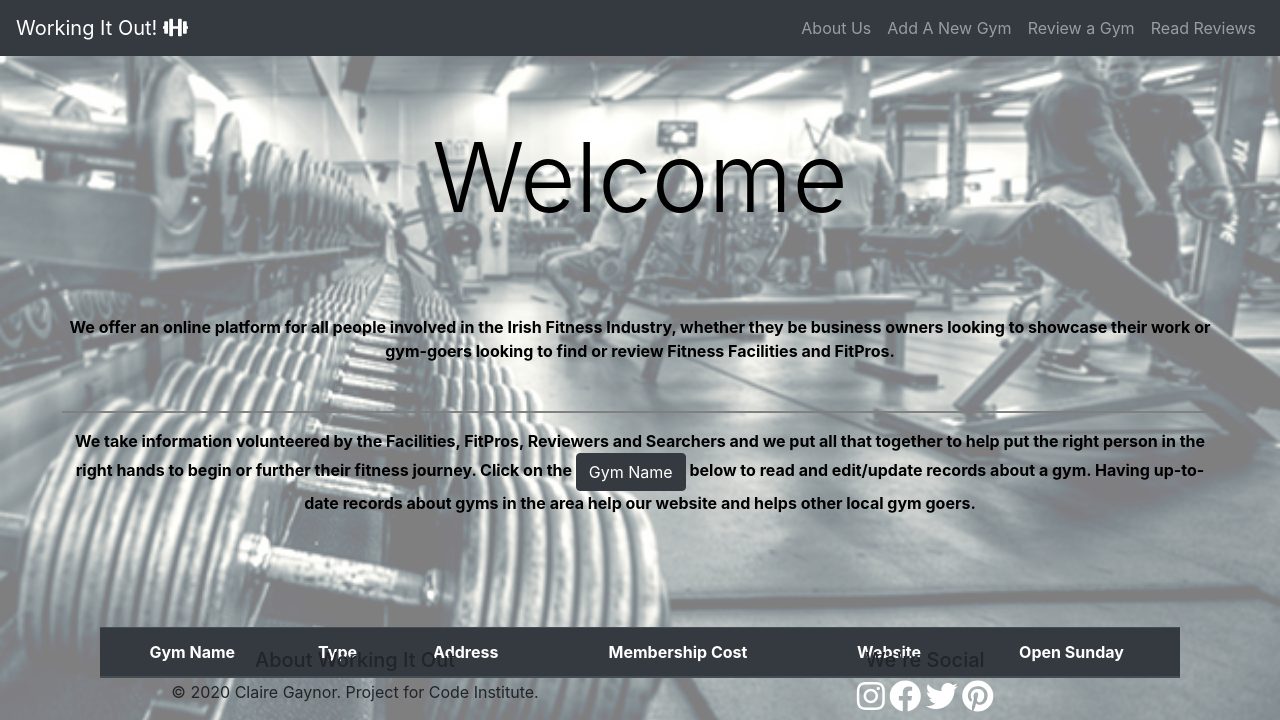
Repository: cgaynor91/Working_It_Out
Page: http://localhost/
The author's editor kept a record of every edit. The page is drawn from the files as they stood at one moment, then again after the next edit.
The browser window is 1280 px wide. The pictures show the whole page.
Some web libraries are served in a nearby version. The page is served by the project's application, run on Flask 3 (app.py). Queries for data that is not in the repository find no rows.

Above is the page before.

After the next edit:
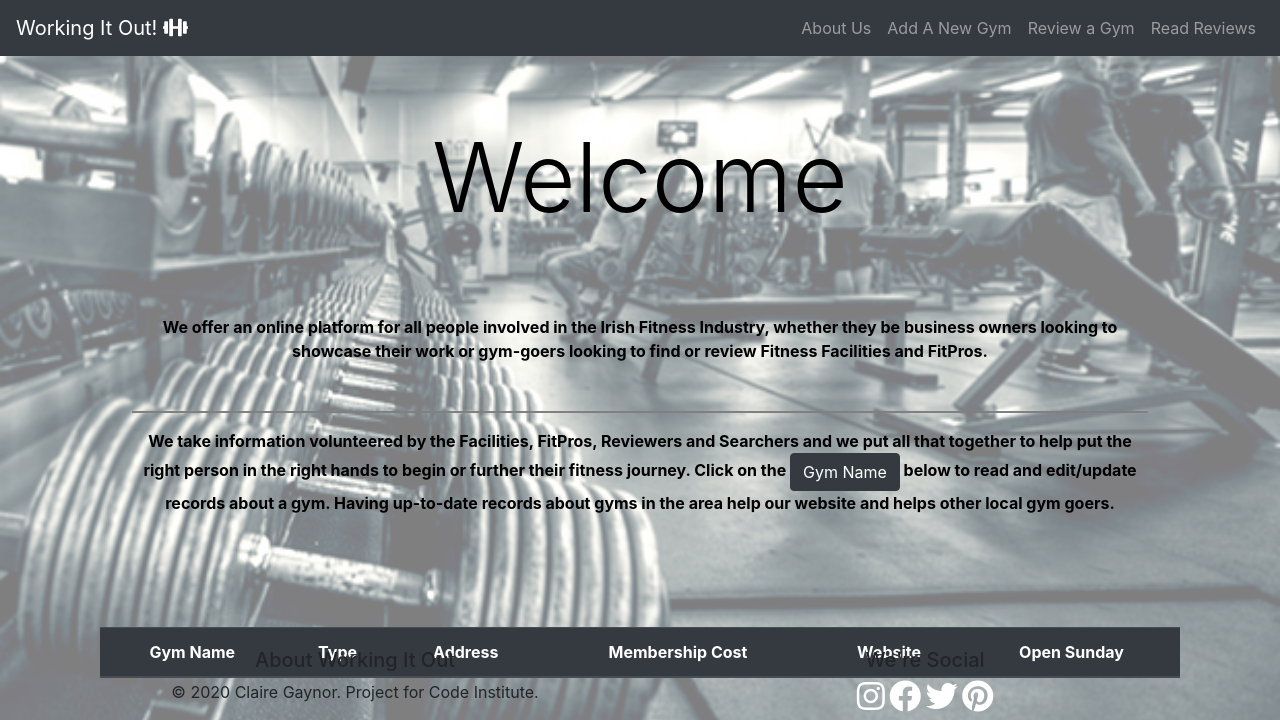
The edit:
--- a/templates/home.html
+++ b/templates/home.html
@@ -1,7 +1,7 @@
 {% extends 'base.html'%} {% block content %}
 
 <div class="container-fluid">
- <div class="row-welcome justify-content-center">
+ <div class="container justify-content-center">
   <div class="col-12 jumbo-text">
    <div class="jumbotron">
     <h1 class="display-3">Welcome</h1>
